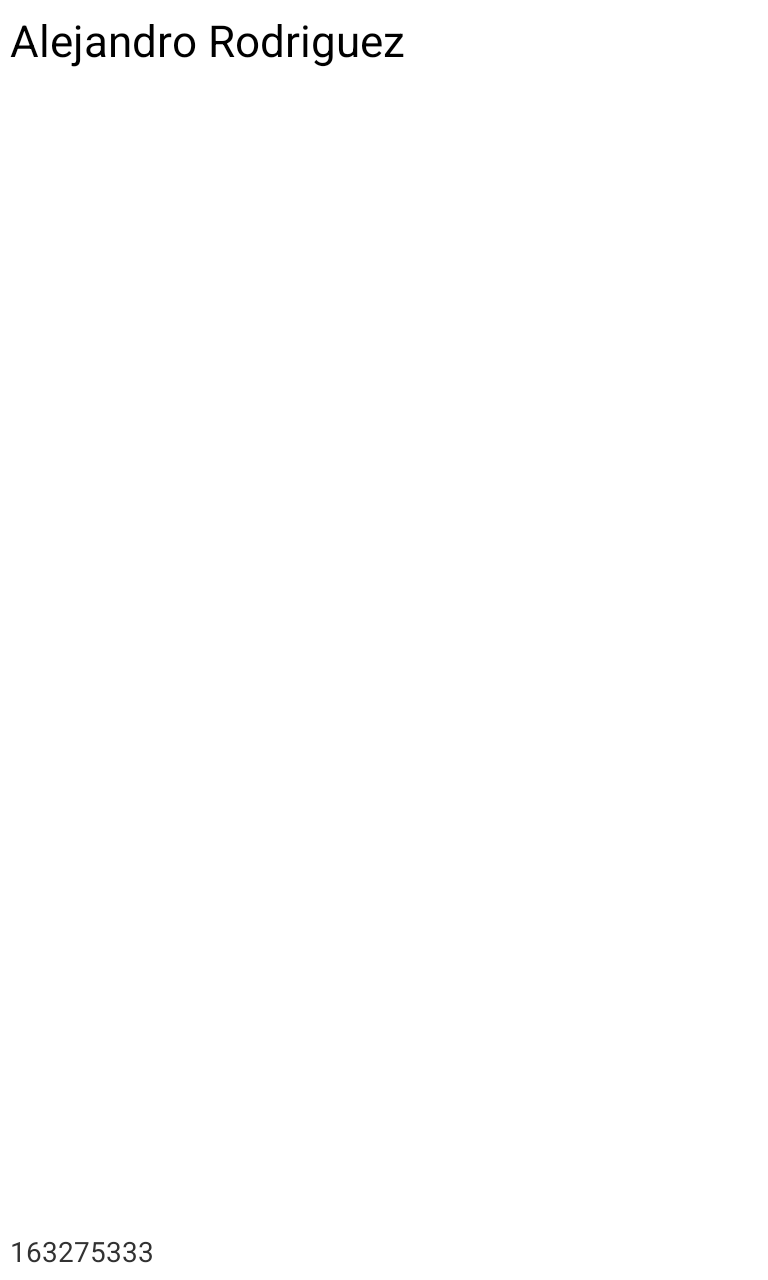
Repository: arodriguezp2003/aqandroid
Layout: BlueFlameWMS/res/layout/item_cliente.xml
These files come from the project's save history. The layout is drawn as it stood at one moment and after the next save; the edit follows.
It is drawn on a 768 x 1280 px phone screen (xhdpi) without system bars, with theme AppTheme; the app's code is not run.

Above is the layout before, as saved 2014-07-01 14:35:28.

### BlueFlameWMS/res/layout/item_cliente.xml
<RelativeLayout xmlns:android="http://schemas.android.com/apk/res/android"
    android:layout_width="fill_parent"
    android:layout_height="wrap_content"
    android:drawable="@drawable/lista_colors"
    android:orientation="horizontal"
    android:padding="5dp" >

    <TextView
       android:id="@+id/tvNombre"
       android:layout_width="wrap_content"
       android:layout_height="wrap_content"
       android:text="Alejandro Rodriguez"
       android:textAppearance="?android:attr/textAppearanceLarge"
        />

    <TextView
  		android:id="@+id/tvRut"
        android:layout_height="wrap_content"
        android:layout_width="wrap_content"
        android:layout_alignParentRight="false"
        android:layout_alignParentBottom="true"
        android:text="163275333"
        android:textAppearance="?android:attr/textAppearanceSmall" />

</RelativeLayout>

### BlueFlameWMS/res/drawable-mdpi/lista_colors.xml
<?xml version="1.0" encoding="utf-8"?>
<selector xmlns:android="http://schemas.android.com/apk/res/android">
    <item
     android:state_selected="false"
        android:state_pressed="false"
        android:drawable="@drawable/bg_list" />

    <item android:state_pressed="true"
        android:drawable="@drawable/bg_list_hober" />

    <item android:state_selected="true"
     android:state_pressed="false"
        android:drawable="@drawable/bg_list_hober" />
</selector>

Loaded but not shown: BlueFlameWMS/res/values/styles.xml (common file); BlueFlameWMS/res/values-v11/styles.xml (common file); BlueFlameWMS/res/values-v14/styles.xml (common file); BlueFlameWMS/res/drawable-mdpi/bg_list.xml (common file); BlueFlameWMS/res/drawable-mdpi/bg_list_hober.xml (common file)

After the next save:
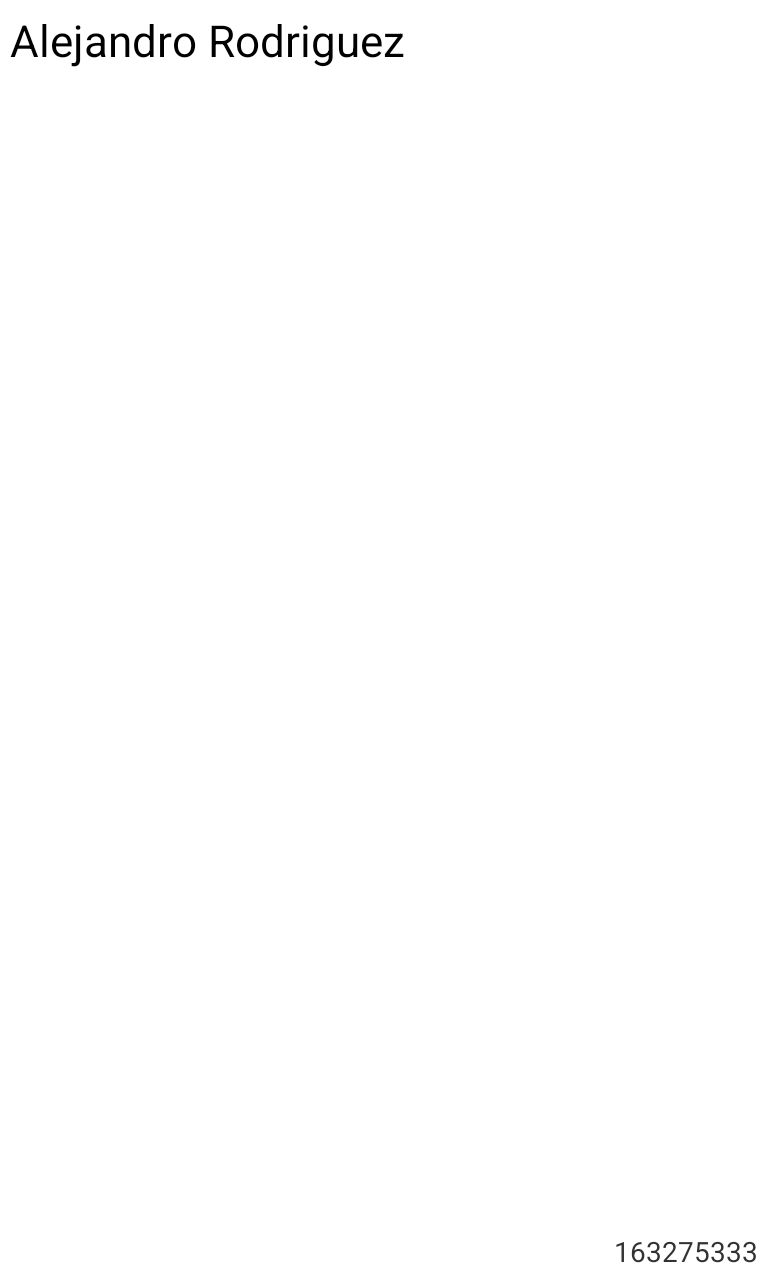
Saved 12 s later.
--- a/BlueFlameWMS/res/layout/item_cliente.xml
+++ b/BlueFlameWMS/res/layout/item_cliente.xml
@@ -17,7 +17,7 @@
   		android:id="@+id/tvRut"
         android:layout_height="wrap_content"
         android:layout_width="wrap_content"
-        android:layout_alignParentRight="false"
+        android:layout_alignParentRight="true"
         android:layout_alignParentBottom="true"
         android:text="163275333"
         android:textAppearance="?android:attr/textAppearanceSmall" />
